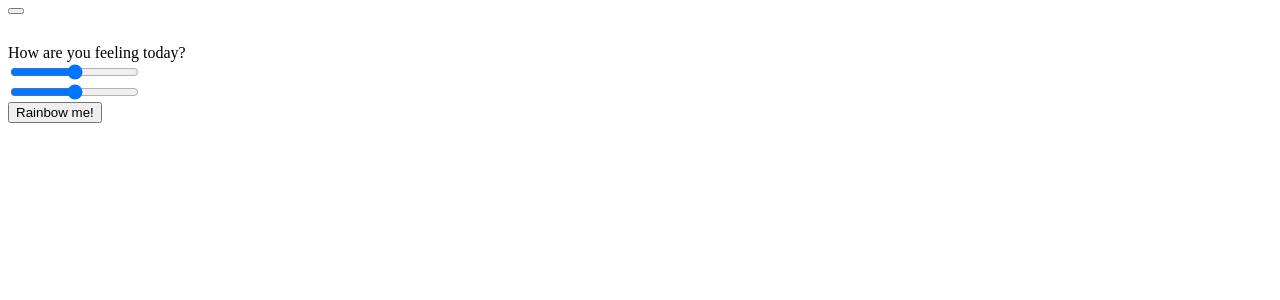
Repository: agustinbaretto/rainbow
Page: templates/home.html
The author's editor kept a record of every edit. The page is drawn from the files as they stood at one moment, then again after the next edit.
The browser window is 1280 px wide. The pictures show the whole page.

Above is the page before.

### templates/home.html
<ion-view title="Login">
  <ion-nav-bar class="bar-positive nav-title-slide-ios7">
    <ion-nav-buttons side="left">
    <button menu-toggle="left" class="button button-icon icon ion-navicon"></button>
  </ion-nav-buttons>
  </ion-nav-bar>
  <ion-content>
    <form name="form" class="css-form" novalidate>
    <div class="list" style="margin-top: 30px">
      <div class="item item-divider">
        How are you feeling today?
      </div>
      <div class="item range range-calm">
        <i class="icon ion-sad"></i>
        <input type="range" name="valence" ng-model="mood.valence" value="{{mood.valence}}" min="90" max="360">
        <i class="icon ion-happy"></i>
      </div>
      <div class="item range range-energized">
        <i class="icon ion-battery-empty"></i>
        <input type="range" name="arousal" ng-model="mood.arousal" min="20" max="80">
        <i class="icon ion-battery-full"></i>
      </div>
      <!--div class="item range range-assertive">
        <i class="icon ion-heart-broken"></i>
        <input type="range" name="volume" min="0" max="100" value="63">
        <i class="icon ion-heart"></i>
      </div>
      <div class="item item-divider">
        Are you alone?
      </div>
      <div class="item range range-calm">
        <i class="icon ion-ios7-person"></i>
        <input type="range" name="volume" min="0" max="100" value="25">
        <i class="icon ion-ios7-people"></i>
      </div-->
      <!--div class="item item-divider">
        How is the weather there?
      </div>
      <div class="item">
        {{city}} ({{mood.weatherSummary}})
          <p>The temperature now is {{mood.temperature}} °F </p>
      </div>
      <div class="item range range-positive">
        <i class="icon ion-ios7-sunny-outline"></i>
        <input type="range" name="clouds" ng-model="mood.clouds" min="0" max="30">
        <i class="icon ion-ios7-cloudy"></i>
      </div>
      <div class="item item-divider">
        Wanna add something more?
      </div>
      <div class="item">
          <label>I am feeling kinda <input type="text" /></label>
      </div-->
      <button class="button button-block button-positive" ng-click="makeColor(mood)">
        Rainbow me!
      </button>
       <!--div class="row" style="background-color:{{color}};">
          <div class="col" style="height: 50px;"></div>
        </div-->
    </form>
  </ion-content>
</ion-view>

After the next edit:
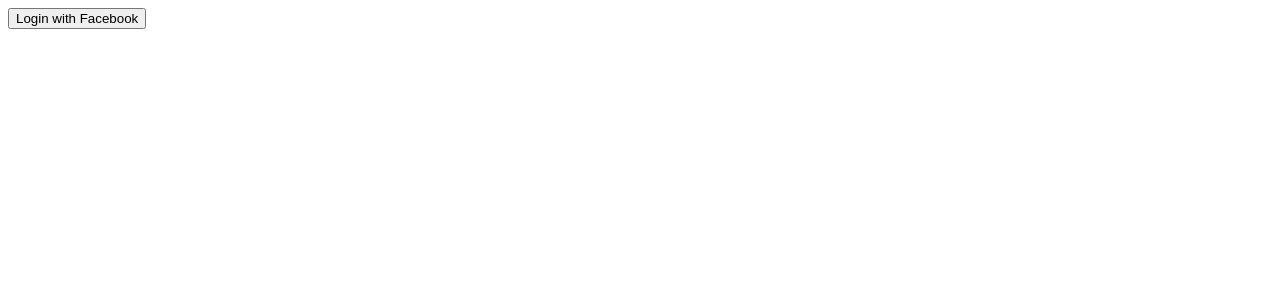
The edit:
--- a/templates/home.html
+++ b/templates/home.html
@@ -1,62 +1,9 @@
 <ion-view title="Login">
-  <ion-nav-bar class="bar-positive nav-title-slide-ios7">
-    <ion-nav-buttons side="left">
-    <button menu-toggle="left" class="button button-icon icon ion-navicon"></button>
-  </ion-nav-buttons>
-  </ion-nav-bar>
-  <ion-content>
-    <form name="form" class="css-form" novalidate>
-    <div class="list" style="margin-top: 30px">
-      <div class="item item-divider">
-        How are you feeling today?
-      </div>
-      <div class="item range range-calm">
-        <i class="icon ion-sad"></i>
-        <input type="range" name="valence" ng-model="mood.valence" value="{{mood.valence}}" min="90" max="360">
-        <i class="icon ion-happy"></i>
-      </div>
-      <div class="item range range-energized">
-        <i class="icon ion-battery-empty"></i>
-        <input type="range" name="arousal" ng-model="mood.arousal" min="20" max="80">
-        <i class="icon ion-battery-full"></i>
-      </div>
-      <!--div class="item range range-assertive">
-        <i class="icon ion-heart-broken"></i>
-        <input type="range" name="volume" min="0" max="100" value="63">
-        <i class="icon ion-heart"></i>
-      </div>
-      <div class="item item-divider">
-        Are you alone?
-      </div>
-      <div class="item range range-calm">
-        <i class="icon ion-ios7-person"></i>
-        <input type="range" name="volume" min="0" max="100" value="25">
-        <i class="icon ion-ios7-people"></i>
-      </div-->
-      <!--div class="item item-divider">
-        How is the weather there?
-      </div>
-      <div class="item">
-        {{city}} ({{mood.weatherSummary}})
-          <p>The temperature now is {{mood.temperature}} °F </p>
-      </div>
-      <div class="item range range-positive">
-        <i class="icon ion-ios7-sunny-outline"></i>
-        <input type="range" name="clouds" ng-model="mood.clouds" min="0" max="30">
-        <i class="icon ion-ios7-cloudy"></i>
-      </div>
-      <div class="item item-divider">
-        Wanna add something more?
-      </div>
-      <div class="item">
-          <label>I am feeling kinda <input type="text" /></label>
-      </div-->
-      <button class="button button-block button-positive" ng-click="makeColor(mood)">
-        Rainbow me!
+  <ion-content id="signup">
+    <label class="item">
+      <button class="button button-block button-positive" ng-click="firstLogin()">
+        Login with Facebook
       </button>
-       <!--div class="row" style="background-color:{{color}};">
-          <div class="col" style="height: 50px;"></div>
-        </div-->
-    </form>
+    </label>
   </ion-content>
 </ion-view>
